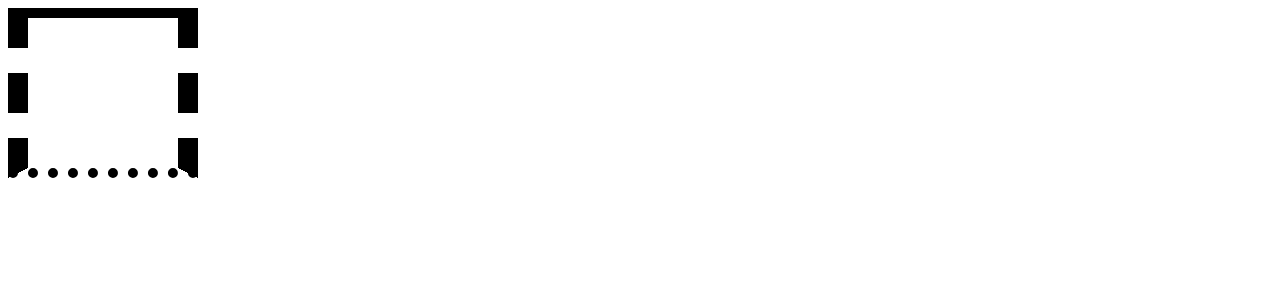
Repository: Germtao/Web
Page: web_css/css_盒模型详解.html
The author's editor kept a copy of each file at every save. The page is drawn from the files as they stood at one save, then again after the next save.
The browser window is 1280 px wide. The pictures show the whole page.

Above is the page before, as saved 2020-10-29 16:00:51.

### web_css/css_盒模型详解.html
<!DOCTYPE html>
<html lang="en">

<head>
  <meta charset="UTF-8">
  <meta name="viewport" content="width=device-width, initial-scale=1.0">
  <title>Document</title>

  <style type="text/css">
    /* div {
      width: 100px;
      height: 100px;
      border: 1px solid red;
      padding: 20px;
      margin: 30px;
      background-color: pink;
    } */

    /* 认识border */
    div {
      width: 150px;
      height: 150px;
      /* border: 10px ridge red; */
      border-width: 10px 20px;
      border-style: solid dashed dotted;
    }
  </style>
</head>

<body>
  <!-- <div>有生之年</div>
  <div>狭路相逢</div> -->

  <div></div>
</body>

</html>

After the next save:
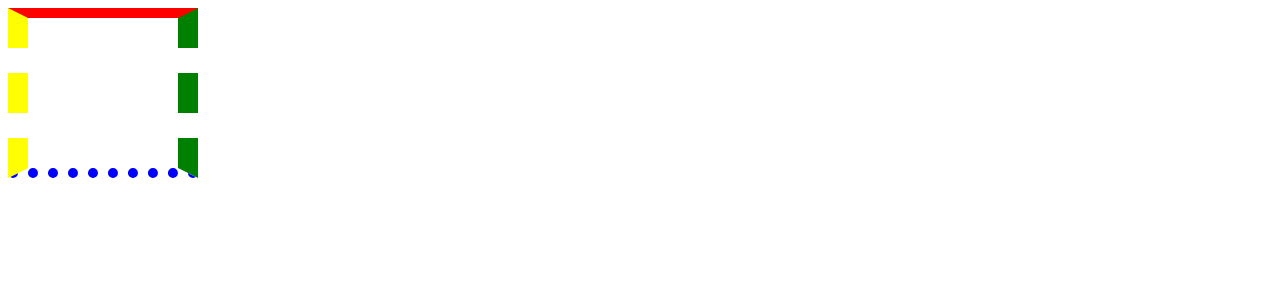
Saved 21 s later.
--- a/web_css/css_盒模型详解.html
+++ b/web_css/css_盒模型详解.html
@@ -23,6 +23,7 @@
       /* border: 10px ridge red; */
       border-width: 10px 20px;
       border-style: solid dashed dotted;
+      border-color: red green blue yellow;
     }
   </style>
 </head>
